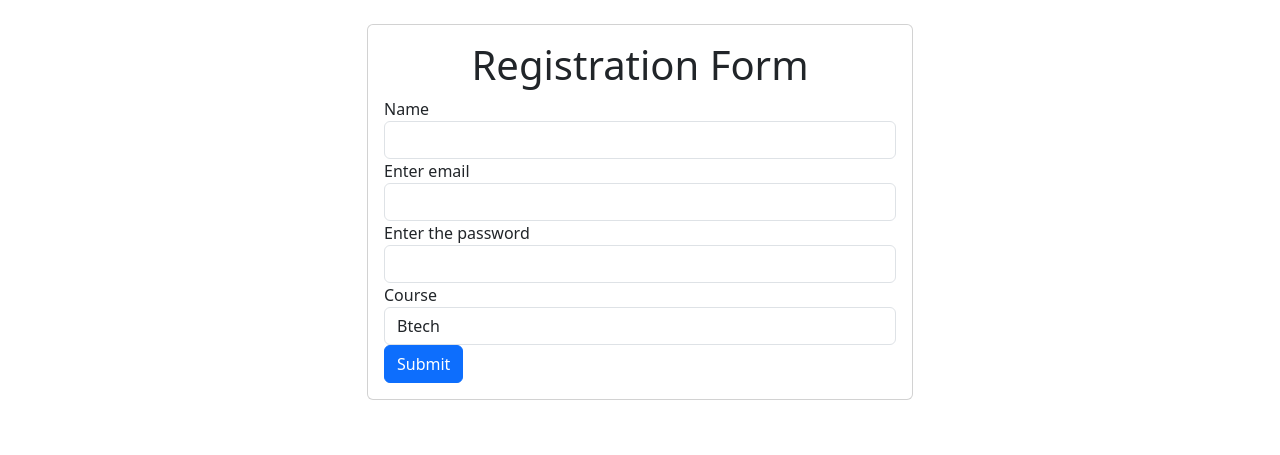
Repository: Rupam1210/servlet
Page: form_submit/webContent/index.html
These files come from the project's save history. The page is drawn as it stood at one moment and after the next save; the edit follows.
The browser window is 1280 px wide. The pictures show the whole page.

Above is the page before, as saved 2024-03-06 06:34:51.

### form_submit/webContent/index.html
<!doctype html>
<html lang="en">
  <head>
    <meta charset="utf-8">
    <meta name="viewport" content="width=device-width, initial-scale=1">
    <title>Bootstrap demo</title>
    <link href="https://cdn.jsdelivr.net/npm/bootstrap@5.3.3/dist/css/bootstrap.min.css" rel="stylesheet" integrity="sha384-QWTKZyjpPEjISv5WaRU9OFeRpok6YctnYmDr5pNlyT2bRjXh0JMhjY6hW+ALEwIH" crossorigin="anonymous">
  </head>
  <body>
    <div class="container">
        <div class="row">
        <div class="col-md-6 offset-md-3">
         <div class="card mt-4">
         <div class="card-body">
         <h1 class="text-center">Registration Form</h1>
         <form method="post" action="register" >
          <div class="form-body">
            <label >Name</label>
            <input type="text" name="user-name" class="form-control"/>
           </div>
           <div class="form-body">
            <label >Enter email</label>
            <input type="email" name="user-email" class="form-control"/>
           </div>
           <div class="form-body">
            <label >Enter the password</label>
            <input type="password" name="user-password" class="form-control"/>
           </div>
           <div class="form-body">
            <label >Course</label>
            <Select class="form-control">
                <option>Btech<option>
                 <option>BCA<option>
                  <option>MCA<option>
            </Select>
           </div>
           <button class="btn btn-primary">Submit</button>
         </form>
         </div>

         </div>

         </div>
         </div>
    </div>

    <script src="https://cdn.jsdelivr.net/npm/bootstrap@5.3.3/dist/js/bootstrap.bundle.min.js" integrity="sha384-YvpcrYf0tY3lHB60NNkmXc5s9fDVZLESaAA55NDzOxhy9GkcIdslK1eN7N6jIeHz" crossorigin="anonymous"></script>
  </body>
</html>

After the next save:
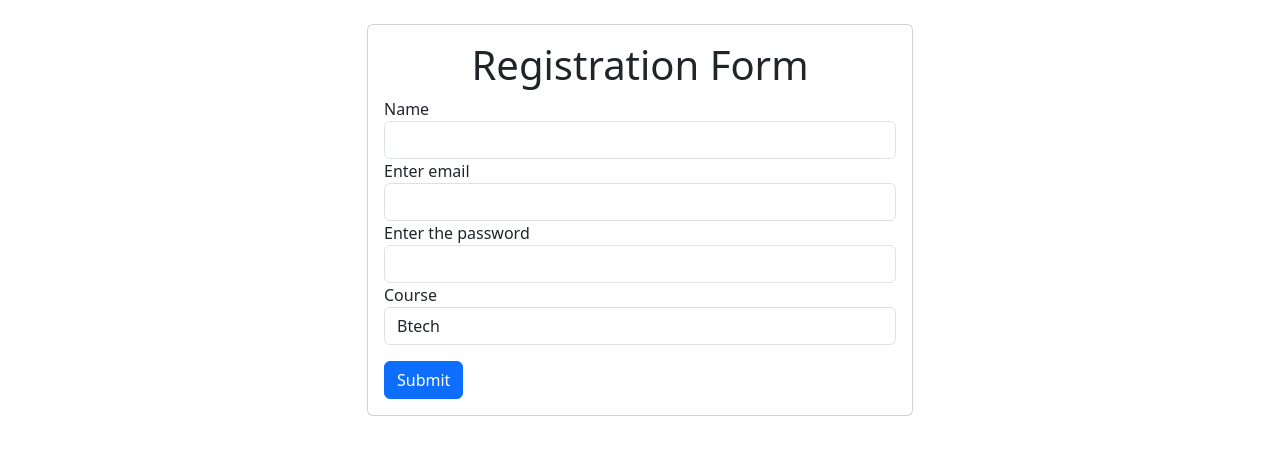
Saved 18 s later.
--- a/form_submit/webContent/index.html
+++ b/form_submit/webContent/index.html
@@ -34,7 +34,7 @@
                   <option>MCA<option>
             </Select>
            </div>
-           <button class="btn btn-primary">Submit</button>
+           <button class="btn btn-primary mt-3">Submit</button>
          </form>
          </div>
 
